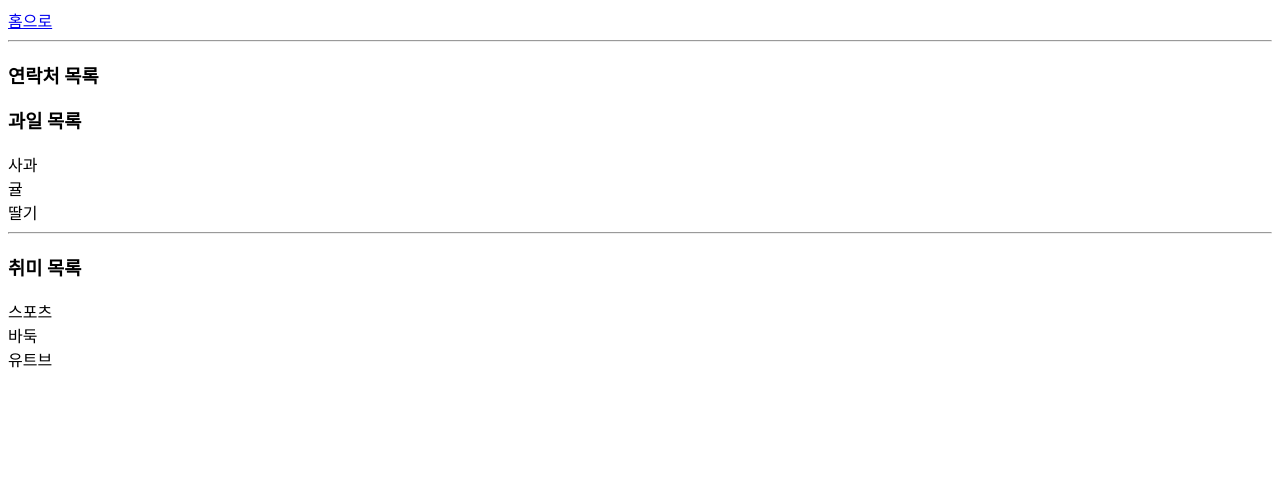
Repository: hyewoon/web
Page: http://localhost/servlet04/array/array_data.jsp
The author's editor kept a copy of each file at every save. The page is drawn from the files as they stood at one save, then again after the next save.
The browser window is 1280 px wide. The pictures show the whole page.
The page is served by Tomcat 9.

Above is the page before, as saved 2022-11-17 07:09:41.

After the next save:
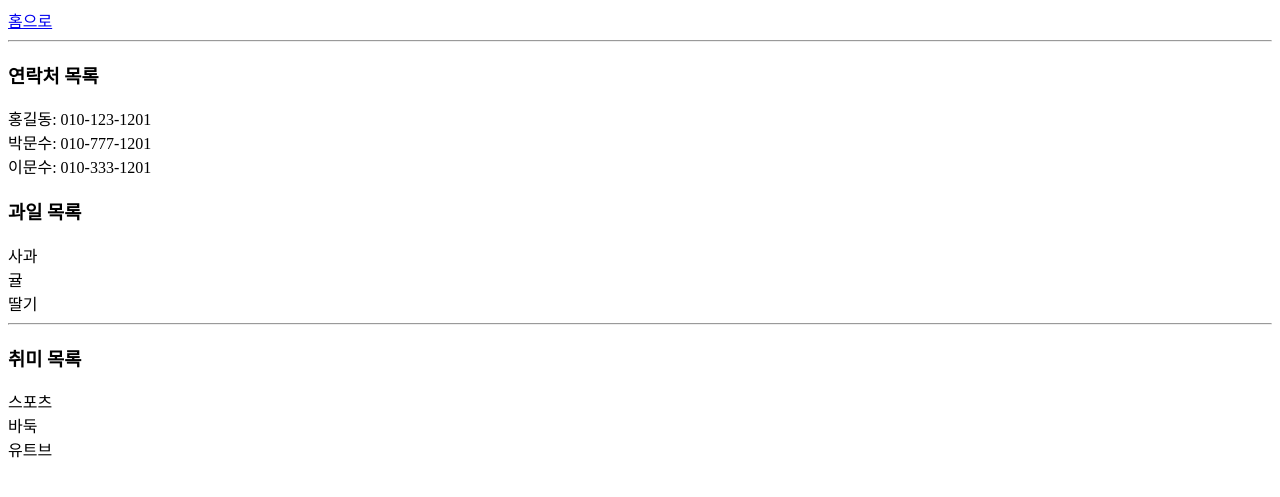
Saved 62 s later.
--- a/servlet04/src/main/webapp/array/array_result.jsp
+++ b/servlet04/src/main/webapp/array/array_result.jsp
@@ -10,7 +10,9 @@
 <div><a href = '../'>홈으로</a></div>
 <hr>
 <h3>연락처 목록</h3>
-
+<div>홍길동: ${phone['홍']}</div>
+<div>박문수: ${phone['박']}</div>
+<div>이문수: ${phone['이']}</div>
 
 
 <h3>과일 목록</h3>
